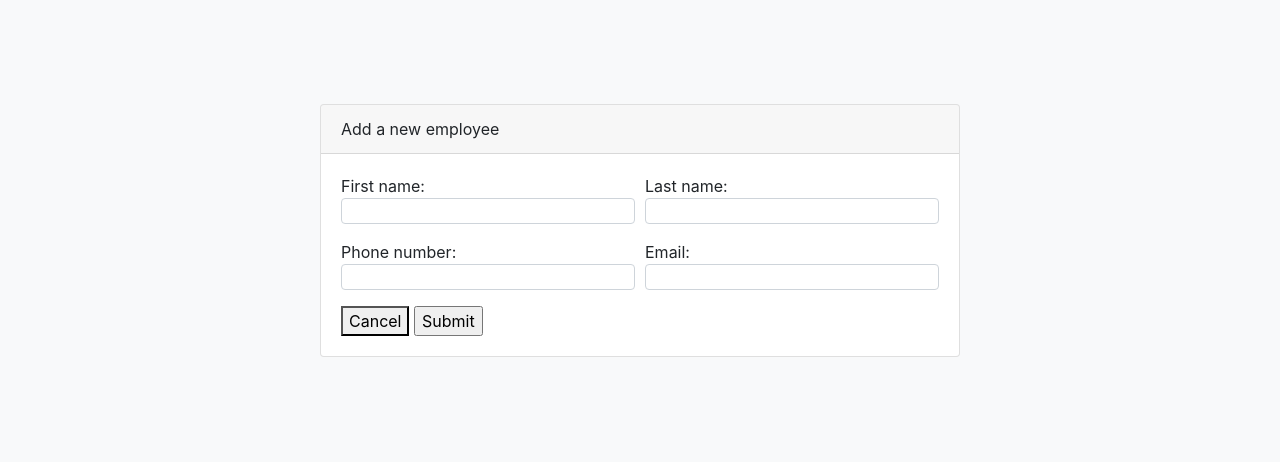
Repository: Map2g/WeFixPOS
Page: pages/AddEmp.html
The author's editor kept a record of every edit. The page is drawn from the files as they stood at one moment, then again after the next edit.
The browser window is 1280 px wide. The pictures show the whole page.

Above is the page before.

After the next edit:
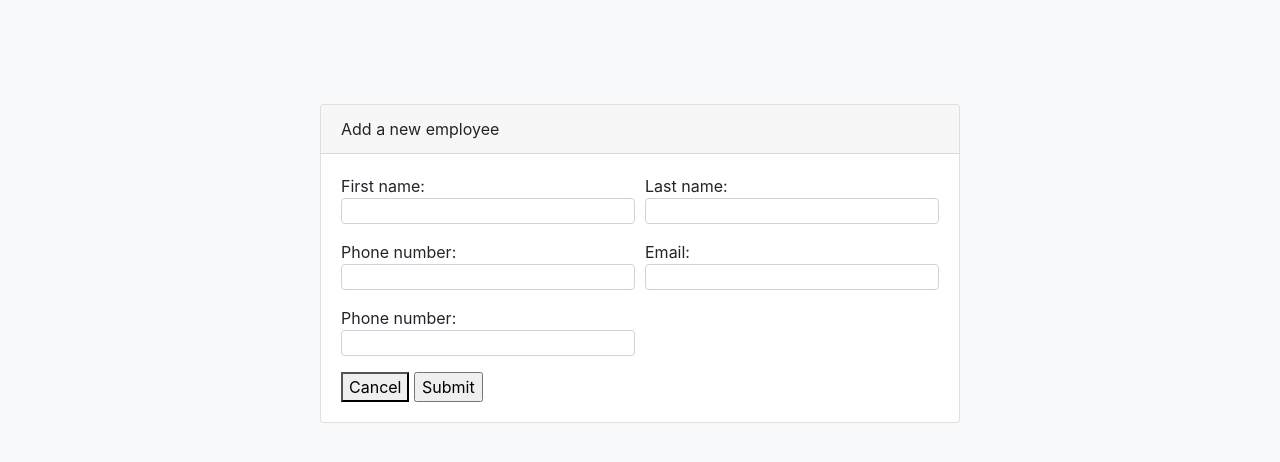
The edit:
--- a/pages/AddEmp.html
+++ b/pages/AddEmp.html
@@ -60,6 +60,18 @@
             </div>
           </div>
 
+          <div class="form-group">
+            <div class="form-row">
+              <div class="col-md-6">
+                <div class="form-label-group">
+                  Phone number: <input type="tel" name="phone" class="form-control" placeholder="12481234567" required="required">
+                  <!--<input type="text" id="lastName" class="form-control" placeholder="Last name" required="required">-->
+                  <!--<label for="lastName">Last name</label>-->
+                </div>
+              </div>
+            </div>
+          </div>
+
           <a href = "Employees.php"><button type="button">Cancel</button></a>
           <input type = "submit" value = "Submit">
           <!--<a class="btn btn-primary btn-block" href="login.html">Register</a>-->
